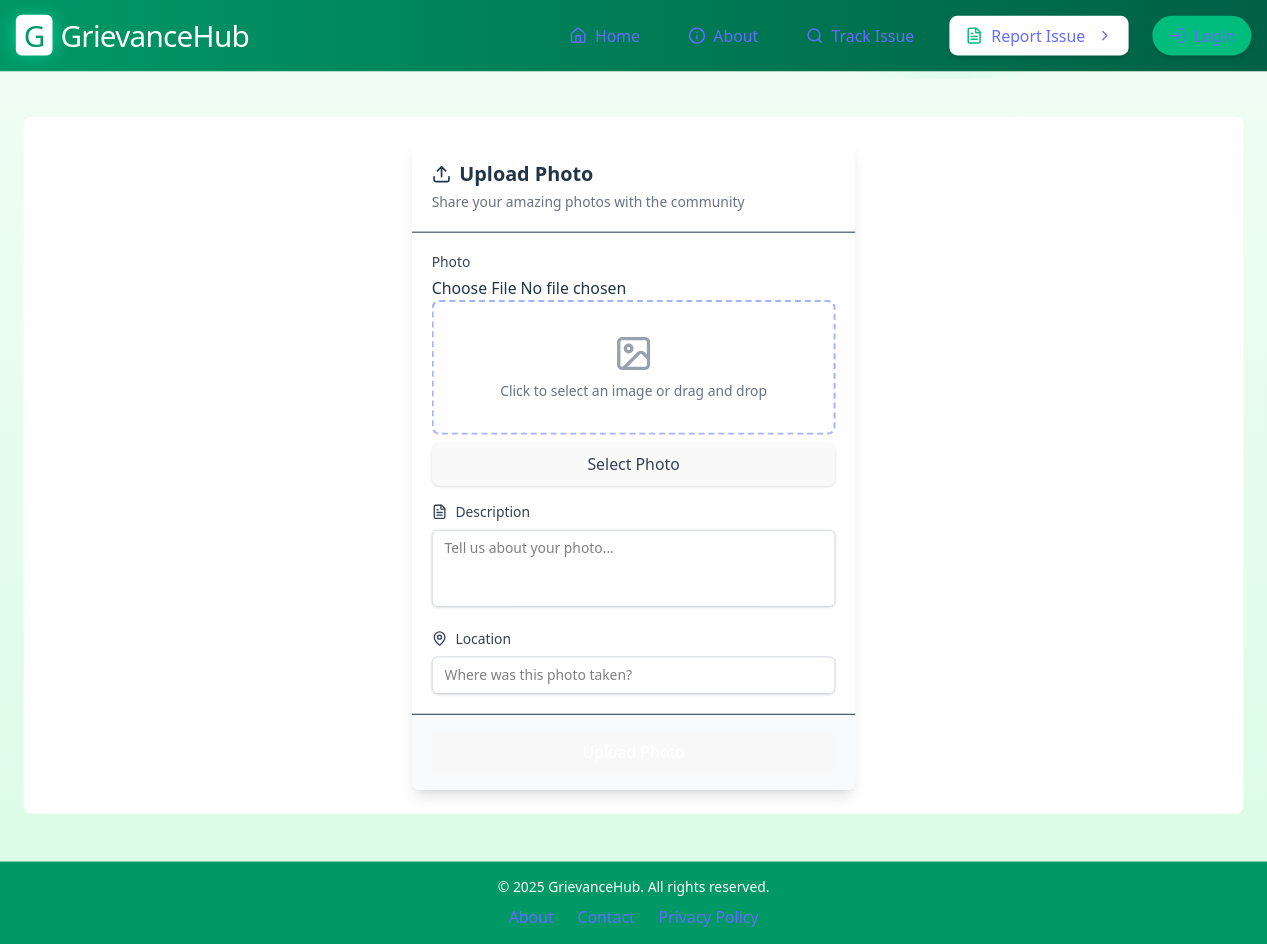
Repository: Aishi4/Grievance-Hub
Page: /report (app in my-vite-Griv/)
These files come from the project's save history. The page is drawn as it stood at one moment and after the next save; the edit follows.
The browser window is 1280 px wide. The pictures show the whole page, at 99% of full size.
The project was rebuilt for these pictures with package versions that can differ from the ones it lists, and the page was loaded fresh each time. Some packages were replaced by stand-ins written for this rebuild. Also part of the build but not shown: my-vite-Griv/vite.config.js, my-vite-Griv/src/Home.jsx, my-vite-Griv/src/ReportSubmit.jsx, my-vite-Griv/src/Report.jsx, my-vite-Griv/src/App.jsx, my-vite-Griv/src/About.jsx, my-vite-Griv/src/TrackIssue.jsx, my-vite-Griv/src/ViewPhoto.jsx and 1 more.

Above is the page before, as saved 2025-03-29 18:55:27.

After the next save:
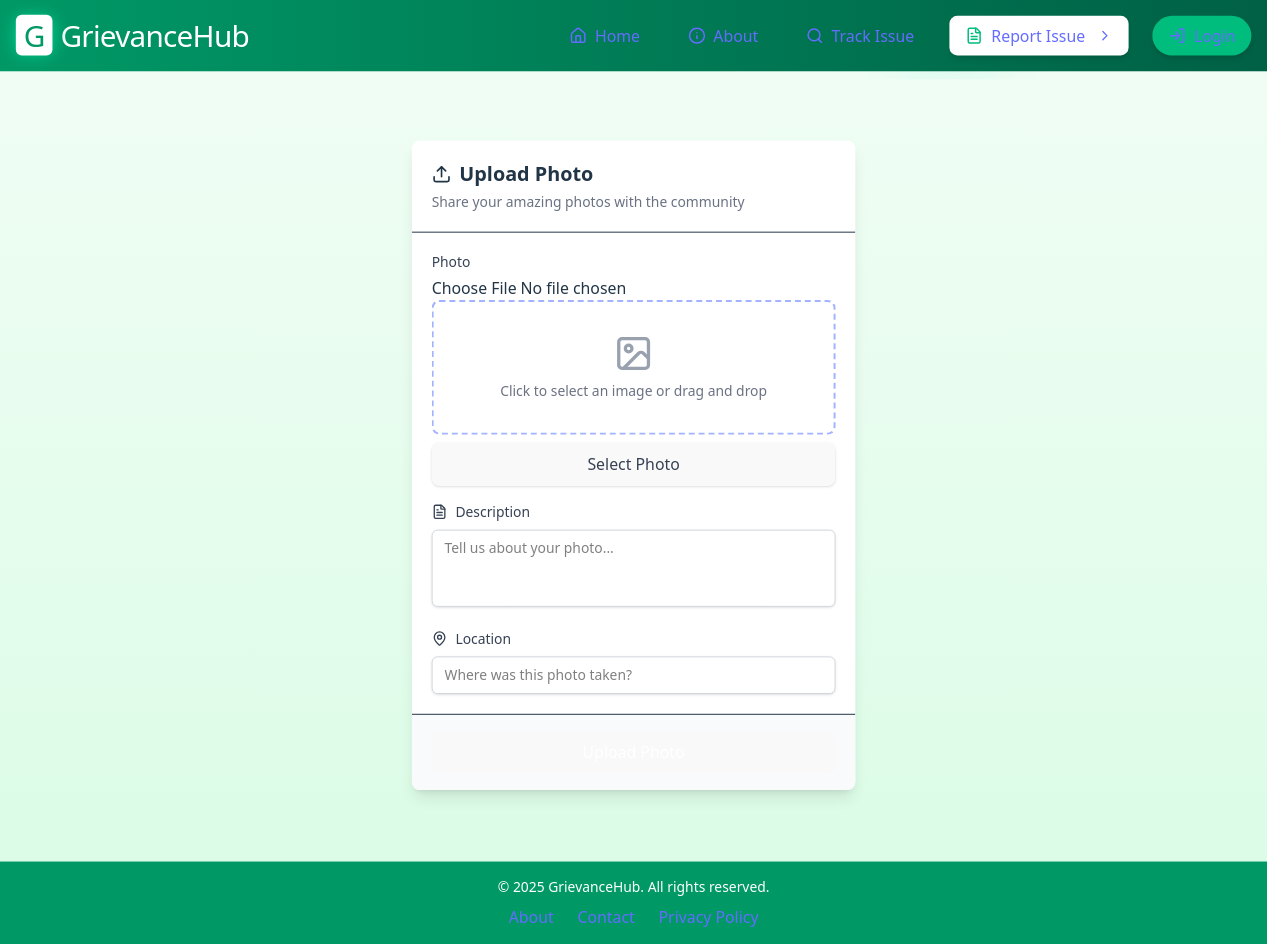
Saved 6 s later.
--- a/my-vite-Griv/src/UploadPhoto.jsx
+++ b/my-vite-Griv/src/UploadPhoto.jsx
@@ -101,7 +101,7 @@ export default function UploadPhoto() {
     return (
     <div className="min-h-screen min-w-screen bg-gradient-to-b from-green-50 to-green-100 flex flex-col items-center justify-center px-6 py-12 relative overflow-hidden">
 
-  <div className="bg-white p-6 rounded-lg  w-full">
+  <div className=" p-6 rounded-lg  w-full">
     <div className="w-full max-w-md mx-auto bg-white rounded-lg shadow-lg overflow-hidden">
       <div className="p-5 border-b">
         <div className="flex items-center gap-2 text-xl font-semibold">
